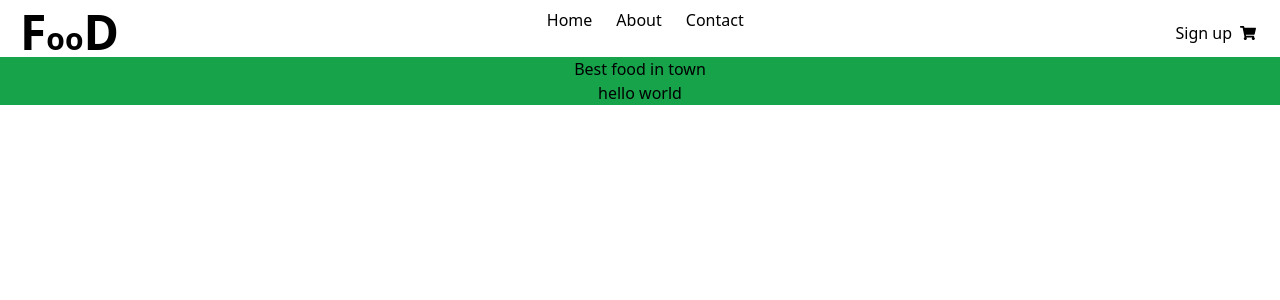
Repository: KhushiCode14/FoodWeb
Page: /
The author's editor kept a copy of each file at every save. The page is drawn from the files as they stood at one save, then again after the next save.
The browser window is 1280 px wide. The pictures show the whole page.
The project was rebuilt for these pictures with package versions that can differ from the ones it lists, and the page was loaded fresh each time. Also part of the build but not shown: src/components/Home/SignUp.tsx, src/components/Home/SignIn.tsx.

Above is the page before, as saved 2024-09-19 18:56:24.

### src/App.tsx
import { Route, BrowserRouter as Router, Routes ,  } from 'react-router-dom';
import './App.css';
import Navbar from './Pages/Navbar';
import Home from './Pages/Home';
import SignUp from './components/Home/SignUp';
import SignIn from './components/Home/SignIn';

function App() {
  return (
    <div className="App">
      <Router>
        <Navbar/>
      <Routes>
        <Route  path="/" element={<Home/>} />
        <Route  path="/signUp" element={<SignUp/>} />
        <Route  path="/signIn" element={<SignIn/>} />
        {/* <Route  path="/about" element={About} />
        <Route  path="/contact" element={Contact} /> */}
        </Routes>
      </Router>

    </div>
  );
}

export default App;

### src/Pages/Navbar.tsx
import { NavLink } from "react-router-dom"
import { Link } from "react-router-dom"
import { FaShoppingCart } from "react-icons/fa";
import { FaCartPlus } from "react-icons/fa";
import { useState } from "react";
interface nav {
  to: string,
  linkName: string

}
const Navbar: React.FC = () => {
  const [sign, setSign] = useState<string>('Sign up');
  const [cart, setCart] = useState<JSX.Element>(<FaShoppingCart />);
  const navLink: nav[] = [
    { to: "/", linkName: "Home" },
    { to: "/about", linkName: "About" },
    { to: "/contact", linkName: "Contact" },
    // Add more links as needed
  ]
  const handleSign = () => {
    setSign(sign === 'Sign up'? 'Sign in' : 'Sign up');
  }
  const handleCart = () => {
    setCart(prevCart =>
      prevCart.type === FaShoppingCart ? <FaCartPlus /> : <FaShoppingCart />
    );
  };

  return (
    <div className="mx-5  mt-2 flex justify-between">
      <div className="font-bold text-3xl"><h1><span className=" text-5xl">F</span>oo<span className=" text-5xl">D</span></h1></div>
      <div>
        {
          navLink.map((link, index) => (
            <Link key={index} to={link.to} className="mx-3 hover:text-gray-800">
              {link.linkName}
            </Link>
          ))
        }
      </div>
      <div className="flex justify-center items-center">
        <button><NavLink to="/signUp" onClick={handleSign} className="m-1">{sign}</NavLink></button>

        <div onClick={handleCart}className="m-1" >
          {cart}
        </div>



      </div>
    </div>
  )
}

export default Navbar

### src/Pages/Home.tsx


const Home = () => {
  return (
    <div className="bg-green-600 ">

      <div><h3>Best food in town</h3></div>
      <div>hello world</div>
    </div>
  )
}

export default Home

Loaded but not shown: public/index.html (common file); src/index.tsx (common file); src/index.css (common file); src/reportWebVitals.ts (common file); src/App.css (common file); tailwind.config.js (common file)

After the next save:
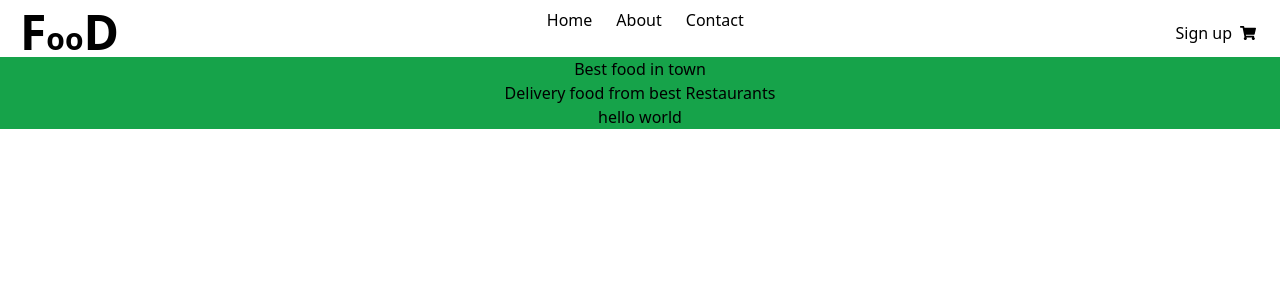
Saved 42 s later.
--- a/src/Pages/Home.tsx
+++ b/src/Pages/Home.tsx
@@ -4,7 +4,9 @@ const Home = () => {
   return (
     <div className="bg-green-600 ">
 
-      <div><h3>Best food in town</h3></div>
+      <div>
+        <h3>Best food in town</h3>
+      <h1>Delivery food from best Restaurants</h1></div>
       <div>hello world</div>
     </div>
   )
